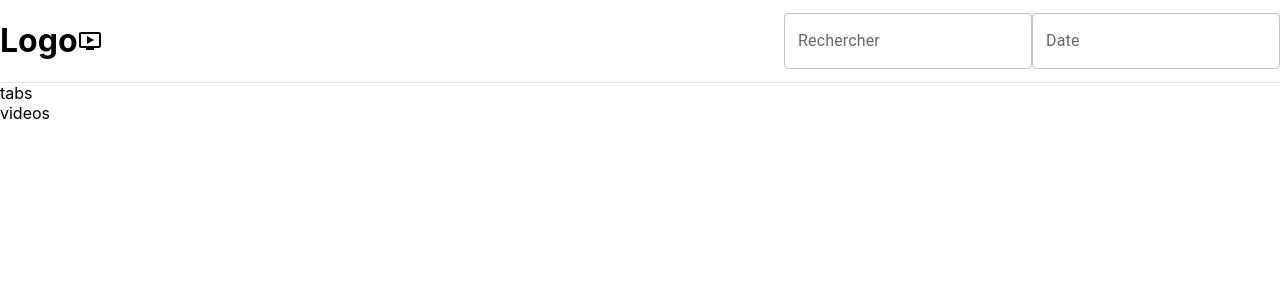
Repository: helmiz02/newproj
Page: /
The author's editor kept a copy of each file at every save. The page is drawn from the files as they stood at one save, then again after the next save.
The browser window is 1280 px wide. The pictures show the whole page.
The project was rebuilt for these pictures with package versions that can differ from the ones it lists, and the page was loaded fresh each time. Also part of the build but not shown: src/App.css.

Above is the page before, as saved 2022-02-21 10:28:39.

After the next save:
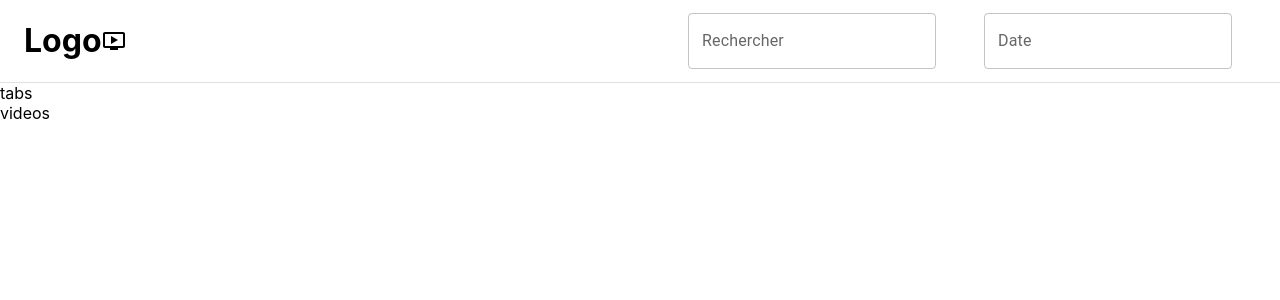
Saved 5 min 52 s later.
--- a/src/component/header/style.css
+++ b/src/component/header/style.css
@@ -9,4 +9,9 @@
     display: flex;
     flex-direction: row;
     align-items: center;
+    margin: 0 24px;
 }
+
+.css-wb57ya-MuiFormControl-root-MuiTextField-root{
+    margin: 0 24px !important;
+}
